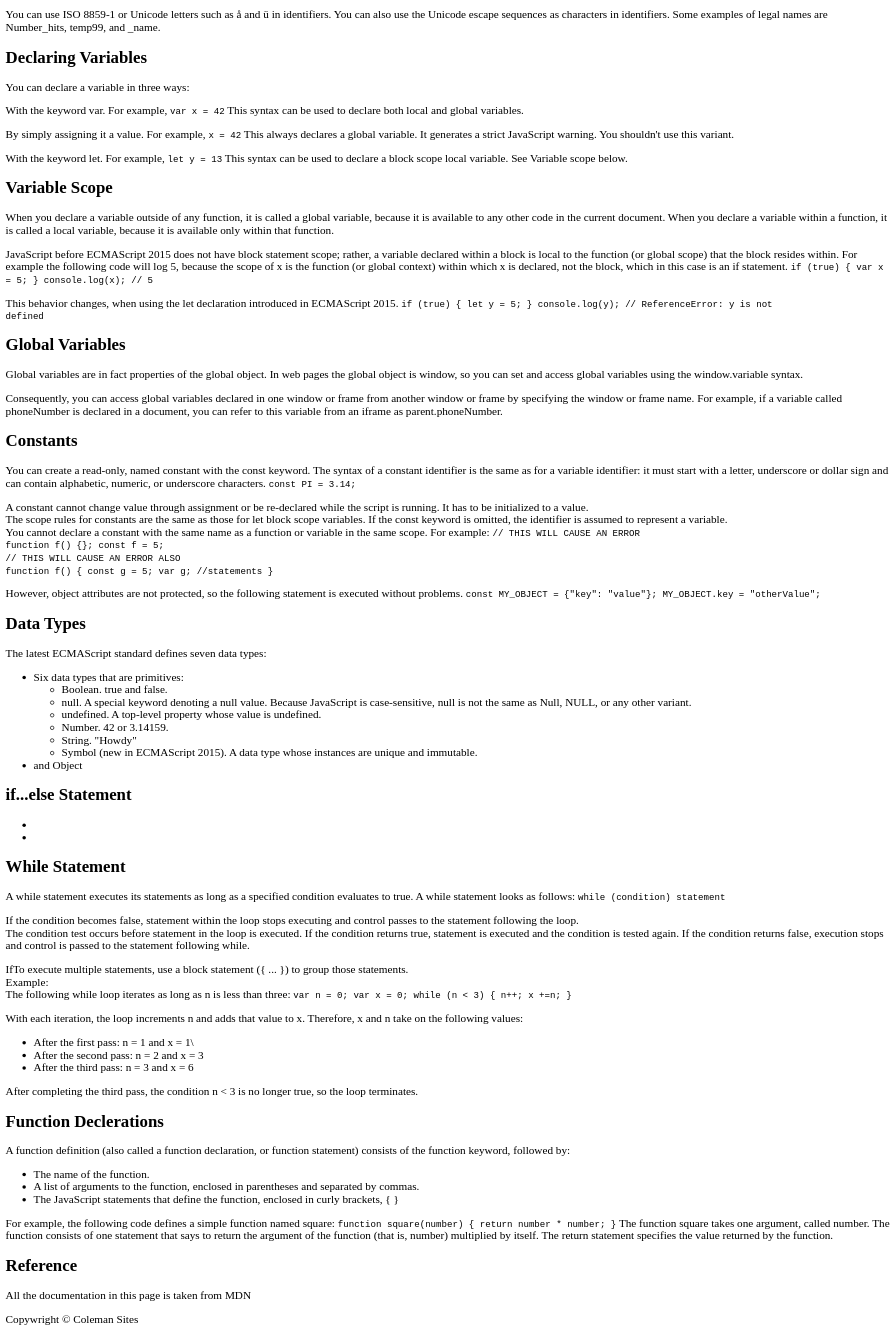
Repository: ctcoleman/technicalDocumentationPage
Page: index.html
These files come from the project's save history. The page is drawn as it stood at one moment and after a run of saves; the edit follows.
The browser window is 1280 px wide. The pictures show the part of the page from y = 1265 to 3185 px (the page is 3167 px tall before and 3185 px after), at 70% of full size.

Above is the page before, as saved 2020-07-09 22:21:14.

After the next 3 saves:
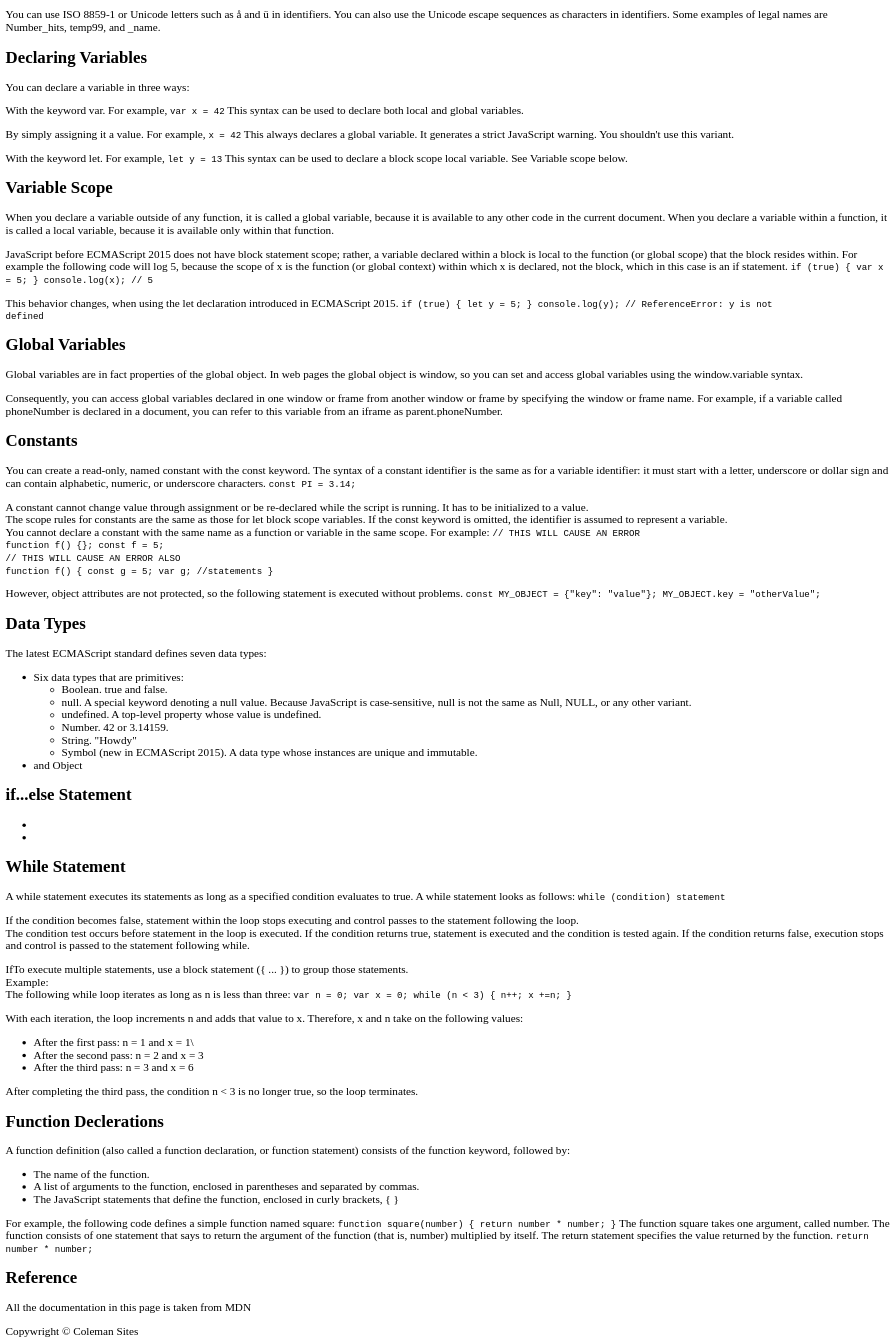
The 3 saves are shown as one change because they came seconds apart.
The last was saved 8 s later.
--- a/index.html
+++ b/index.html
@@ -367,7 +367,8 @@
           The function square takes one argument, called number. The function consists of one statement that says to return the
           argument of the function (that is, number) multiplied by itself. The return statement specifies the value returned by
           the function.
-          <code></code>
+          <code>return number * number;</code>
+
           <p>
 
         </p>
